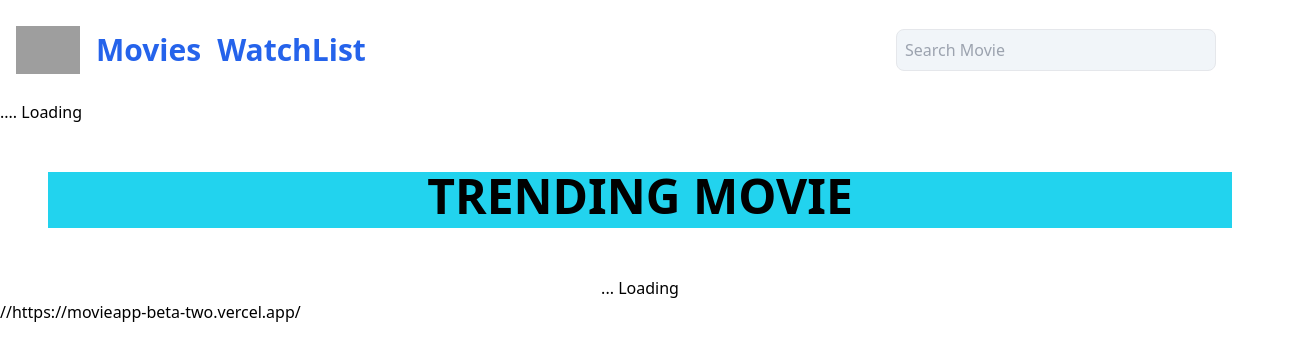
Repository: swapnil0663/MovieApp
Page: /
These files come from the project's save history. The page is drawn as it stood at one moment and after the next save; the edit follows.
The browser window is 1280 px wide. The page is 1296 px wide, so the pictures cover 1296 px, including what lies to the right of the window. The pictures show the whole page.
Pictures or frames that could not be fetched are drawn as grey boxes. The page's requests for data from a server got no answer. Some web fonts or font styles are not loaded; a fallback is used. The project was rebuilt for these pictures with package versions that can differ from the ones it lists, and the page was loaded fresh each time. No one was signed in, and anything a server would have sent is missing. Also part of the build but not shown: vite.config.js, src/Components/Paging.jsx, src/Components/MovieCard.jsx, src/Components/WatchList.jsx.

Above is the page before, as saved 2025-01-03 23:55:21.

After the next save:
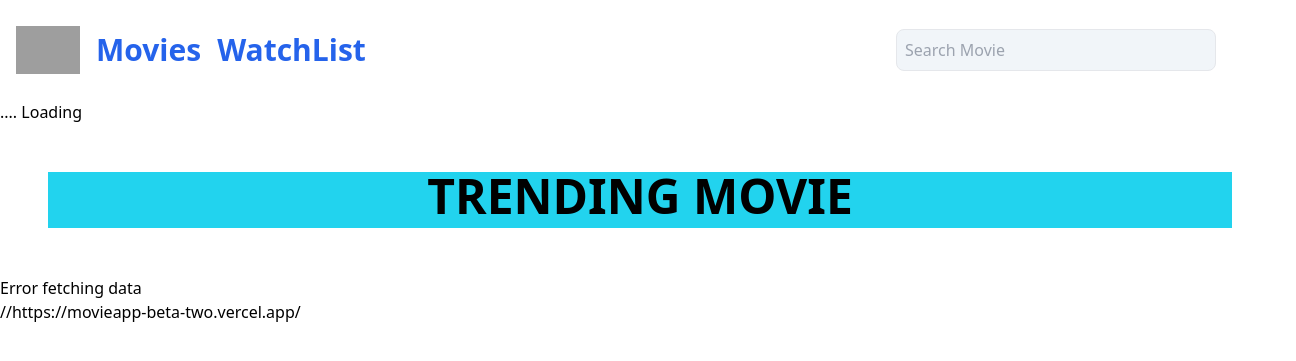
Saved 18 s later.
--- a/src/Components/Movie.jsx
+++ b/src/Components/Movie.jsx
@@ -15,7 +15,7 @@ export default function Movie() {
   const dispatch = useDispatch();
 
   useEffect(() => {
-    dispatch(movieThung);
+    dispatch(movieThung(pageno));
   }, [pageno]);
 
   if (isLoading) {
